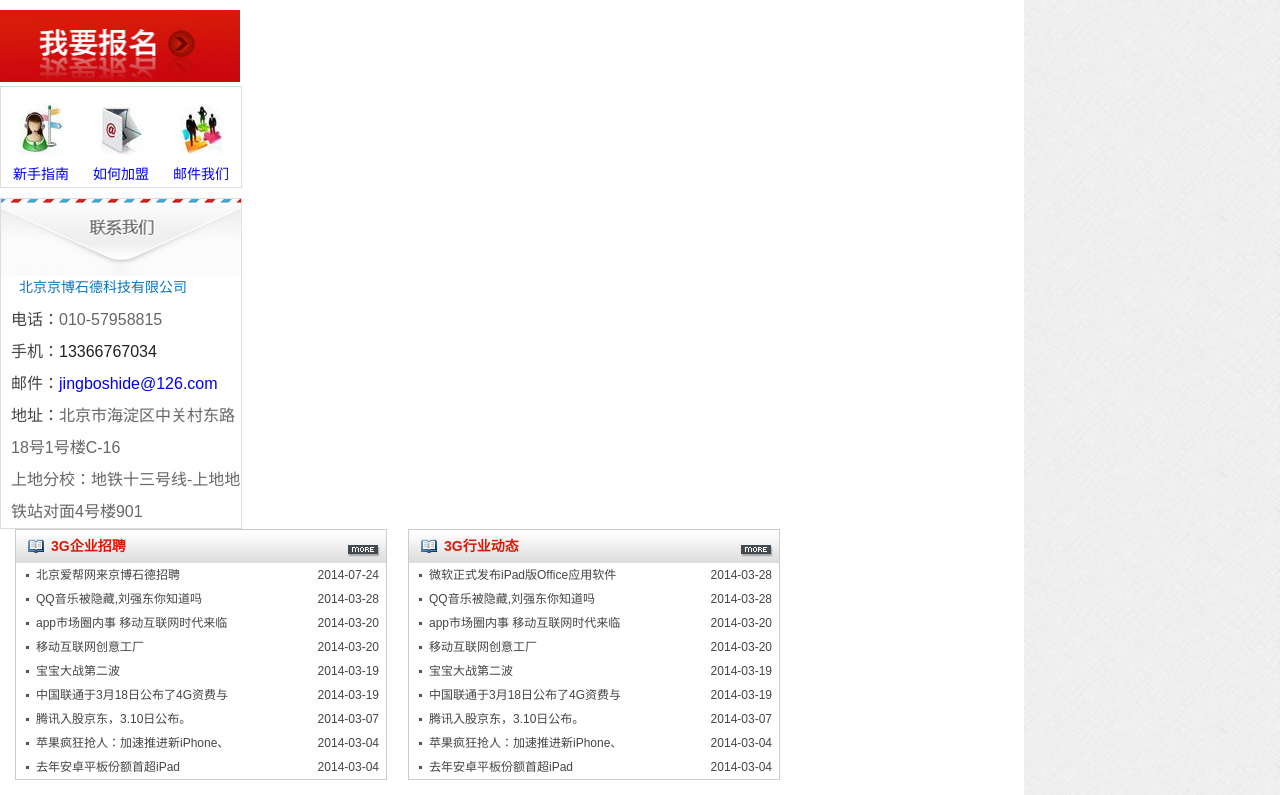
Repository: wzhcxw/shop
Page: ShopOnline/WebContent/about.html
The author's editor kept a copy of each file at every save. The page is drawn from the files as they stood at one save, then again after the next save.
The browser window is 1280 px wide. The pictures show the whole page.

Above is the page before, as saved 2014-10-03 05:45:13.

After the next save:
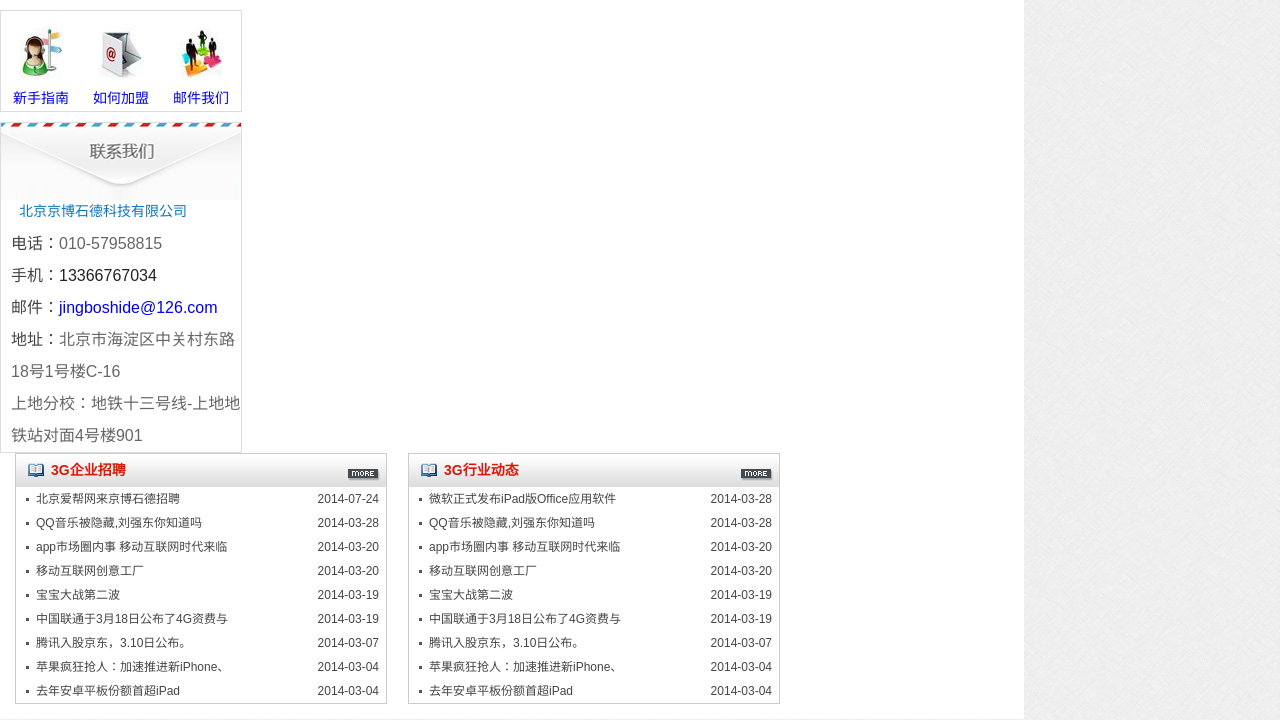
Saved 97 s later.
--- a/ShopOnline/WebContent/about.html
+++ b/ShopOnline/WebContent/about.html
@@ -24,7 +24,7 @@
 		  <div class = "section group">
 				<div class="left_frame">
 
-				      <div class="a_2"><a href="/?c=message"><img src="./static/images/wybm.jpg"  width="241" height="72"/></a></div>
+
 				      <div class="a_3">
 					        <dl>
 					          <dt><a href="/?c=message"><img src="./static/images/a1.jpg" width="44" height="53" /></a></dt>
